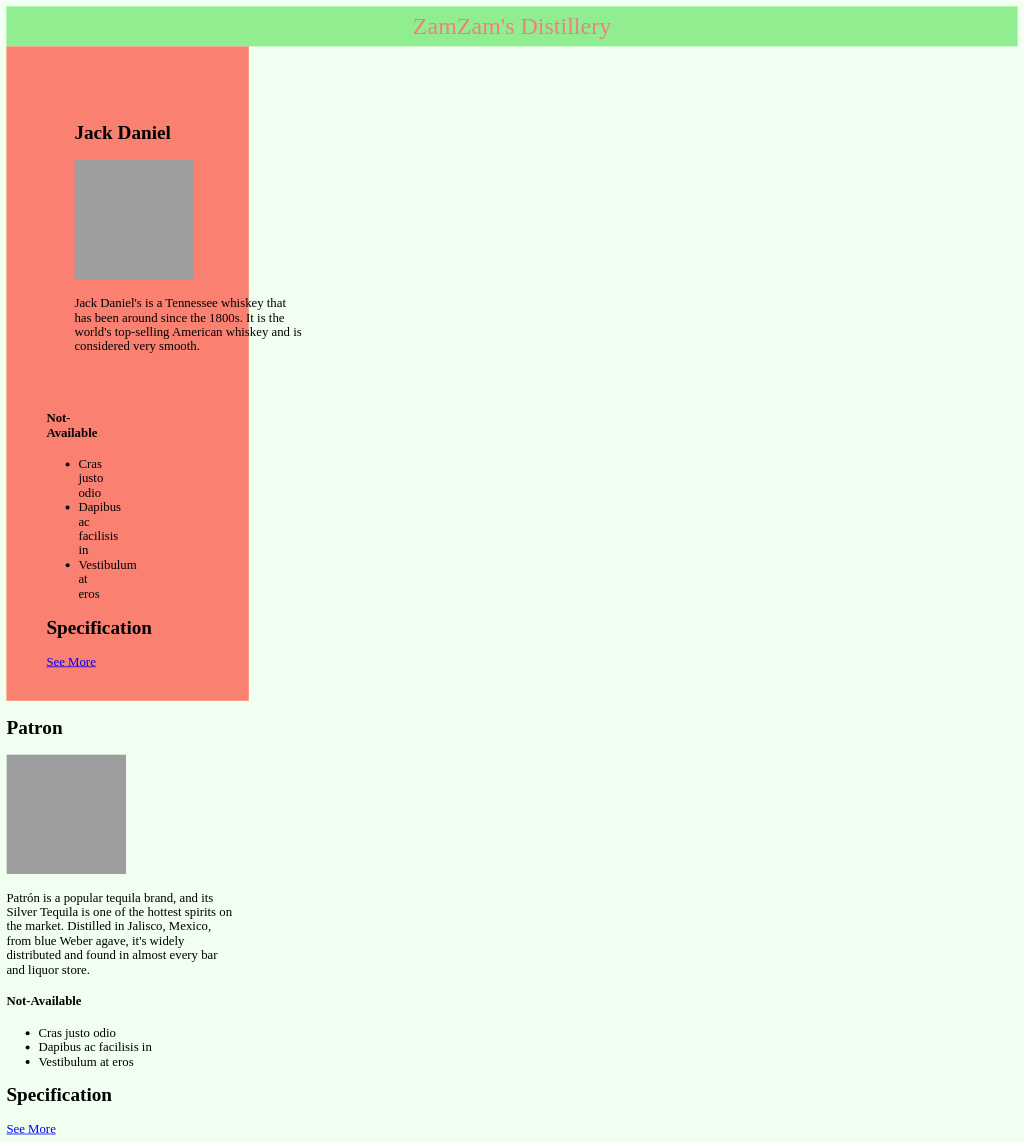
Repository: ZamlZam/REPO-11
Page: product-cards/index.html
The author's editor kept a copy of each file at every save. The page is drawn from the files as they stood at one save, then again after the next save.
The browser window is 1280 px wide. The pictures show the whole page, at 80% of full size.
Pictures or frames that could not be fetched are drawn as grey boxes.

Above is the page before, as saved 2023-04-14 17:16:34.

### product-cards/index.html
<!DOCTYPE html>
<html lang="en">
<head>
  <meta charset="UTF-8">
  <meta http-equiv="X-UA-Compatible" content="IE=edge">
  <meta name="viewport" content="width=device-width, initial-scale=1.0">
  <title>Document</title>
  <link rel="stylesheet" href="main.css">
</head>
<body>

  <div class ="wrapper">
    <div class="header"> ZamZam's Distillery</div>

  <div class="card-wrap">
    <div class="card-item">
    <div class="card1" style="width: 18rem;">
      <h2 class="whiskey">Jack Daniel</h2>
     <img src="https://www.finewinedelivery.co.nz/content/products/original/16561.jpg?width=1136" height = "150px" width="150px" alt="">
    <div class="card-body">

      <p class="card-text">Jack Daniel's is a Tennessee whiskey that has been around since the 1800s. It is the world's top-selling American whiskey and is considered very smooth.</p>
    </div>
  </div>
    <h4 class="Available">Not-Available</h4>
    <ul class="list-group list-group-flush">
      <li class="list-group-item">Cras justo odio</li>
      <li class="list-group-item">Dapibus ac facilisis in</li>
      <li class="list-group-item">Vestibulum at eros</li>
    </ul>
    <h2 class="specification">Specification</h2>
    <div class="card-body">
      <a href="#" class="btn btn-primary">See More</a>

    </div>
  </div>
  </div>
  </div>

  <div class="card-wrap2">
    <div class="card-item">
    <div class="card2" style="width: 18rem;">
      <h2 class="tequila">Patron</h2>
     <img src="https://th.bing.com/th/id/OIP.omD1u9-5BvE0kcntTUyq4AHaGJ?pid=ImgDet&rs=1" height = "150px" width="150px" alt="">
    <div class="card-body">

      <p class="card-text">Patrón is a popular tequila brand, and its Silver Tequila is one of the hottest spirits on the market. Distilled in Jalisco, Mexico, from blue Weber agave, it's widely distributed and found in almost every bar and liquor store.</p>
    </div>
  </div>
    <h4 class="Available">Not-Available</h4>
    <ul class="list-group list-group-flush">
      <li class="list-group-item">Cras justo odio</li>
      <li class="list-group-item">Dapibus ac facilisis in</li>
      <li class="list-group-item">Vestibulum at eros</li>
    </ul>
    <h2 class="specification">Specification</h2>
    <div class="card-body">
      <a href="#" class="btn btn-primary">See More</a>

    </div>
  </div>
  </div>
</div>
</body>


</html>

### product-cards/main.css
body{
  background-color:honeydew;
}

.wrapper .header {
  width: 100%;
  height: 50px;
  background: lightgreen;
  color: lightcoral;
  text-align: center;
  align-items: center;
  font-size: 30px;
  display:flex;
  justify-content: center;
  font-weight:500;
}

.card-wrap {
  padding: 25px;
  background-color:salmon;
  width: 20%;
  height: 100%;
  display: flex;
  justify-content: space-between;
  flex-wrap: wrap;
}

.card-wrap .card-item {
  padding: 15px 25px;
  width: 25%;
}

.card-wrap .card1 {
  padding: 35px;
  border-radius: 5px;
}

After the next save:
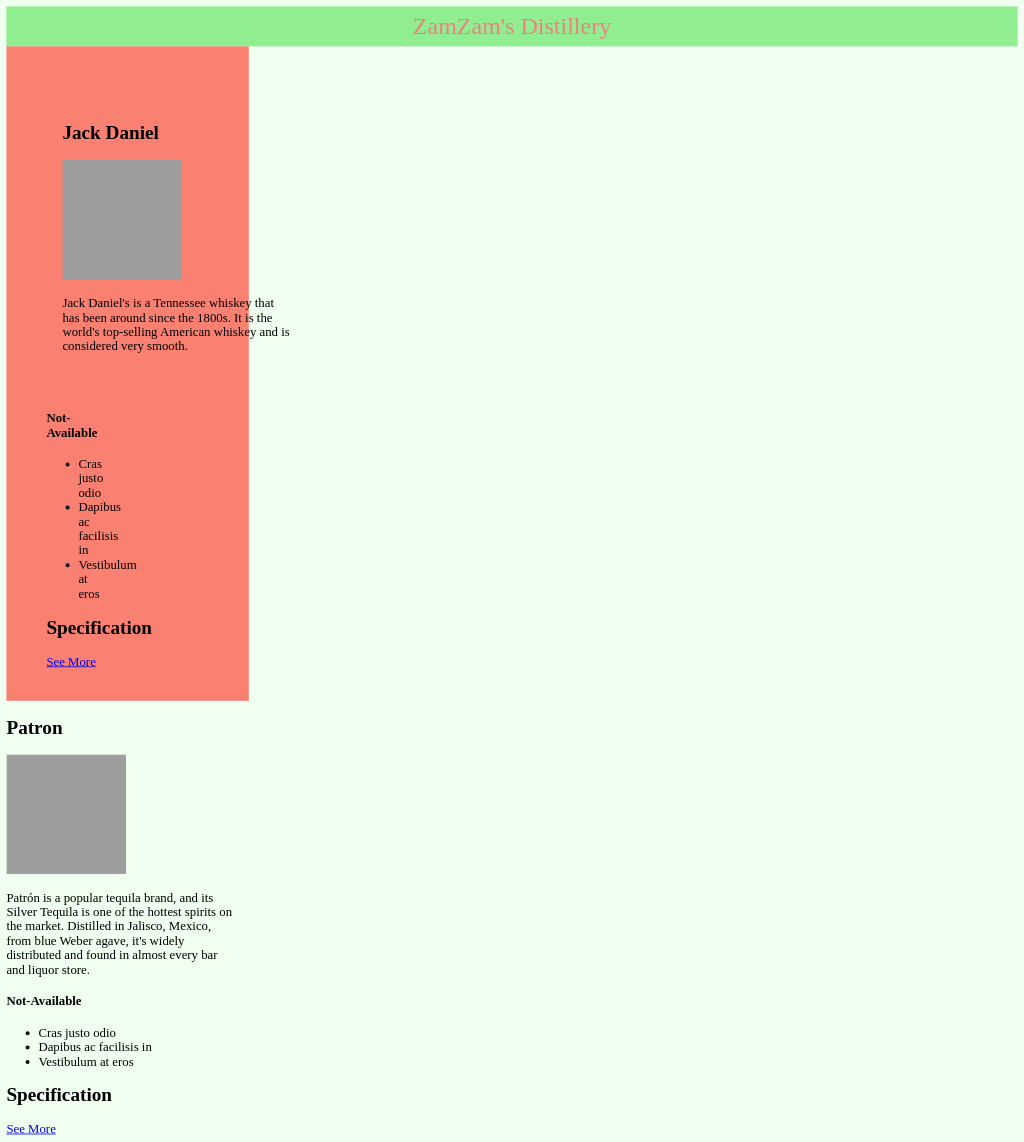
Saved 16 s later.
--- a/product-cards/main.css
+++ b/product-cards/main.css
@@ -31,6 +31,6 @@
 }
 
 .card-wrap .card1 {
-  padding: 35px;
+  padding: 35px 20px;
   border-radius: 5px;
 }
